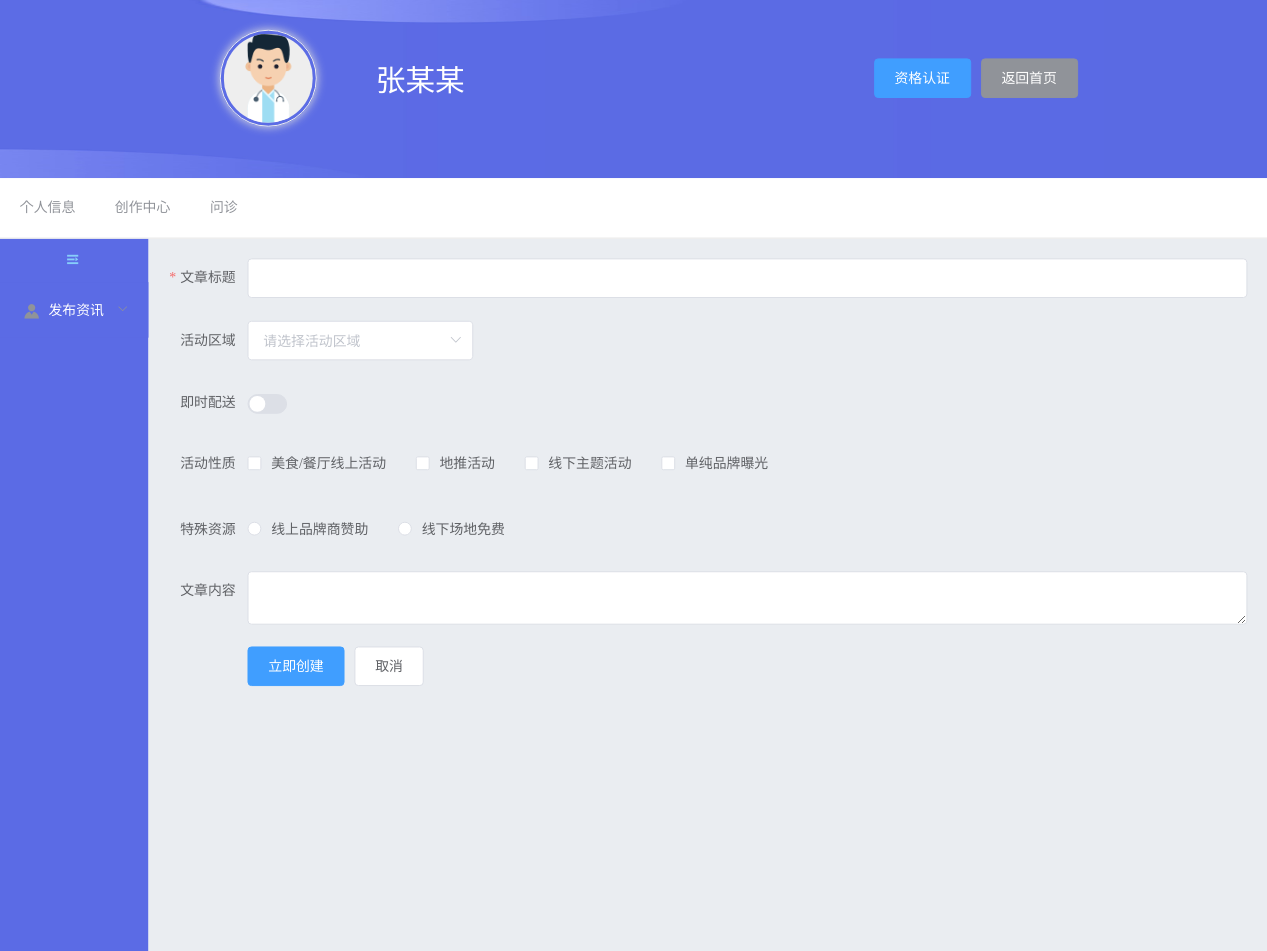
Repository: DiscreteL/SOA_Front
Page: /#/uploadArticle
An editor plug-in stored every save of this project. The page is shown before and after the next save, followed by the edit.
The browser window is 1280 px wide. The pictures show the whole page, at 99% of full size.
The project was rebuilt for these pictures with package versions that can differ from the ones it lists, and the page was loaded fresh each time. Also part of the build but not shown: vue.config.js, src/components/navigation.vue, src/components/dialog.vue, src/views/news.vue, src/components/announcement.vue, src/components/patientKnow.vue, src/views/Home.vue, src/views/login.vue and 15 more.

Above is the page before, as saved 2021-11-29 12:02:37.

### src/main.js
import Vue from 'vue'
import App from './App.vue'
import router from './router'
import store from './store'
import ElementUI from 'element-ui';
import 'element-ui/lib/theme-chalk/index.css';
import instance_ from "@/utils/api";

Vue.use(ElementUI);

Vue.config.productionTip = false

Vue.prototype.instance = instance_

new Vue({
  router,
  store,
  render: h => h(App)
}).$mount('#app')

router.beforeEach((to, from, next) => {
  /* 路由发生变化修改页面title */
  if (to.meta.title) {
      document.title = to.meta.title
  }
  next()
})

### src/App.vue
<template>
  <div id="app">
    <router-view/>
  </div>
</template>

<style lang="less" scoped>
</style>

<script>
export default {
  name: 'app'
}
</script>

### src/utils/api.js
//输出通用axios实例
import axios from 'axios';
axios.defaults.withCredentials = false

const instance = axios.create({
  timeout: 10000,
   headers: {
    'Content-Type': "multipart/form-data;charset=utf-8",
  }
});

export default {
  //GqvbYer04485869e6b5acbed4ed10dfd79468f6d84577b1

   diseaseList (data) {
     return instance.get("https://api.apishop.net/common/disease/queryDiseaseList?apiKey=GqvbYer04485869e6b5acbed4ed10dfd79468f6d84577b1&page=1&pageSize=50", data);
   },
   diseaseInfo(data){
    return instance.get("https://api.apishop.net/common/disease/queryDiseaseInfo?apiKey=GqvbYer04485869e6b5acbed4ed10dfd79468f6d84577b1&diseaseID="+data);
   }


//   allUser () {
//     return instance.post('/api/user');
//   },
//   allProduct () {
//    return instance.post('/api/product')
//   },
//   upload (data) {
//     return instance.post('/api/upload',data)
//   },
//   regist (data){
//   	return instance.post('/api/createOrUpdateUser',data)
//   }
};

### src/views/doctor/messageCenter.vue
<template>
  <div class="home_container">
    <UserHomeNav2></UserHomeNav2>
    <!--页面主体区-->
    <el-container>
      <!--侧边栏-->
      <el-aside :width="isCollapse ? '64px' : '150px'">
        <div class="toggle-button" @click="toggleCollapse">
          <div v-if="this.isCollapse == true">
            <i class="el-icon-s-fold"></i>
          </div>
          <div v-else>
            <i class="el-icon-s-unfold"></i>
          </div>
        </div>
        <el-menu
          background-color="#5b6be5"
          text-color="#fff"
          active-text-color="#409EFF"
          :collapse="isCollapse"
          :collapse-transition="false"
          :router="true"
          :default-active="activePath"
        >
          <!-- :unique-opened="true"->只允许展开一个菜单 -->
          <!-- :collapse-transition="false" -> 关闭动画 -->
          <!-- router -> 导航开启路由模式 -->
          <el-submenu index="1">
          <!-- 一级菜单模板 -->
          <template slot="title">
            <i class="el-icon-s-custom"></i>
            <span>发布资讯</span>
          </template>
            <el-menu-item index="/uploadArticle" @click="saveNavState('/uploadArticle')">
              <i class="el-icon-date" style="color: #dcdcdc"></i>
              <span slot="title">发布文章</span>
            </el-menu-item>
            <el-menu-item index="/uploadVideo" @click="saveNavState('/uploadVideo')">
              <i class="el-icon-date" style="color: #dcdcdc"></i>
            <span slot="title">上传视频</span>
            </el-menu-item>
          </el-submenu>

        </el-menu>
      </el-aside>
      <!--右侧主体区-->
      <el-main>
        <router-view></router-view>
      </el-main>
    </el-container>
  </div>
</template>

<script>
import UserHomeNav2 from "@/components/userhomenav2.vue";

export default {
  name: "messageCenter",
  components: {
    UserHomeNav2,
  },
  data() {
    return {
      // 默认不折叠
      isCollapse: false,
      // 被激活导航地址
      activePath: "",
    };
  },
  created() {
    this.activePath = window.sessionStorage.getItem("activePath");
  },
  methods: {
    toggleCollapse() {
      this.isCollapse = !this.isCollapse;
    },
    saveNavState(activePath) {
      window.sessionStorage.setItem("activePath", activePath);
      this.activePath = activePath;
    },
  },
};
</script>

<style lang="less" scoped>
html,
body {
  width: 100%;
  height: 100%;
  margin: 0px;
  padding: 0px;
}
.home_container{
    height: 100vh;
}
.el-container{
    height: 100%;
}
.el-aside {
  background-color: #5b6be5;
  .el-menu {
    border-right: none;
  }
}
.el-main {
  background-color: #eaedf1;
}
.toggle-button {
  background-color: #5b6be5;
  font-size: 15px;
  line-height: 24px;
  color: #87cefa;
  text-align: center;
  letter-spacing: 0.2em;
  cursor: pointer;
  padding: 10px;
}
.logo_box {
  height: 60px;
  width: 60px;
  border: 5px #53868b;
  border-radius: 50%; /* 圆角 */
  position: relative;
  margin: 30px;
}
.port_box img {
  width: 100%;
  height: 100%;
  border-radius: 50%; /* 圆角 */
  background-color: #53868b;
}
</style>

### src/views/doctor/message/uploadArticle.vue
<template>
<el-form ref="form" :model="form" label-width="80px">
  <el-form-item label="文章标题" required>
    <el-input v-model="form.name"></el-input>
  </el-form-item>
  <el-form-item label="活动区域">
    <el-select v-model="form.region" placeholder="请选择活动区域">
      <el-option label="区域一" value="shanghai"></el-option>
      <el-option label="区域二" value="beijing"></el-option>
    </el-select>
  </el-form-item>
  <el-form-item label="即时配送">
    <el-switch v-model="form.delivery"></el-switch>
  </el-form-item>
  <el-form-item label="活动性质">
    <el-checkbox-group v-model="form.type">
      <el-checkbox label="美食/餐厅线上活动" name="type"></el-checkbox>
      <el-checkbox label="地推活动" name="type"></el-checkbox>
      <el-checkbox label="线下主题活动" name="type"></el-checkbox>
      <el-checkbox label="单纯品牌曝光" name="type"></el-checkbox>
    </el-checkbox-group>
  </el-form-item>
  <el-form-item label="特殊资源">
    <el-radio-group v-model="form.resource">
      <el-radio label="线上品牌商赞助"></el-radio>
      <el-radio label="线下场地免费"></el-radio>
    </el-radio-group>
  </el-form-item>
  <el-form-item label="文章内容">
    <el-input type="textarea" v-model="form.desc"></el-input>
  </el-form-item>
  <el-form-item>
    <el-button type="primary" @click="onSubmit">立即创建</el-button>
    <el-button>取消</el-button>
  </el-form-item>
</el-form>
</template>

<script>
  export default {
    data() {
      return {
        form: {
          name: '',
          region: '',
          date1: '',
          date2: '',
          delivery: false,
          type: [],
          resource: '',
          desc: ''
        }
      }
    },
    methods: {
      onSubmit() {
        console.log('submit!');
      }
    }
  }
</script>

### src/service/userService.js
import url from '../axios/url';
import request from '../axios/request';

export function getDocDataFun(params) {
    return request.get(url.patient.getDocListData, params);
  }

export function getDocOptionFun(params) {
    return request.get(url.patient.getDocOptionData, params);
  }

export function getDrugFun(params){
  return request.get(url.patient.getDrugData,params);
}

export function getHosFun(params){
  return request.get(url.patient.getHosData,params);
}

export function getNoticeFun(params){
  return request.get(url.patient.getNoticeData,params);
}

export function getDiseaseFun(params){
  return request.get(url.patient.getDiseaseData,params);
}

export function postReservationFun(params){
  return request.post(url.patient.postReservationData,params);
}

export function loginPFun(params){
  return request.get(url.patient.patientLogin,params);
}

export function loginDFun(params){
  return request.get(url.patient.doctorLogin,params);
}

export function registerPFun(params){
  return request.post(url.patient.patientRegister,params);
}

export function registerDFun(params){
  return request.post(url.patient.doctorRegister,params);
}

export function sendAcidFormFun(params){
  return request.post(url.patient.sendAcidForm, params)
}

export function sendOfflineReFun(params){
  return request.post(url.patient.sendOffineReservation, params)
}

export function sendChatMesFun(params){
  return request.post(url.alluser.sendChatMes, params)
}

export function getChatMesFun(params){
  return request.get(url.alluser.getChatMes, params)
}

export function getCartFun(params){
  return request.get(url.patient.getCart, params)
}

export function clearCartFun(params){
  return request.post(url.patient.clearCart, params)
}

export function addCartFun(params){
  return request.post(url.patient.addCart, params)
}

export function getPatientInfoDataFun(params){
  return request.get(url.doctor.getPatientInfoData,params);
}
export function postPreDataFun(params){
  return request.post(url.doctor.postPreData,params);
}

export function postMedicineIncludedDataFun(params){
  return request.post(url.doctor.postMedicineIncludedData,params);
}

export function postReportDataFun(params){
  return request.post(url.doctor.postReportData,params);
}

export function getDocInfoData(params){
  return request.get(url.patient.getDocInfoData,params);
}

export function getDrugsIncludedListDataFun(params){
  return request.get(url.patient.getDrugsIncludedListData,params);
}

export function postRateDataFun(params){
  return request.post(url.patient.postRateData,params);
}

export function getPreDataFun(params){
  return request.get(url.patient.getPreData,params);
}

export function getDiseaseListDataFun(params){
  return request.get(url.patient.getDiseaseListData,params);
}

export function getDepartmentListDataFun(params){
  return request.get(url.patient.getDepartmentListData,params);
}

export function getPatientInfoFun(params){
  return request.get(url.patient.getPatientInfo,params);
}

export function postAutoAddDataFun(params){
  return request.post(url.patient.postAutoAddData,params);
}

export function getDrugListDataFun(params){
  return request.get(url.patient.getDrugListData,params);
}

export function getNATFun(params){
  return request.get(url.patient.getNAT,params);
}
export function getReportListDataFun(params){
  return request.get(url.admin.getReportListData,params);
}
export function getNoticeListDataFun(params){
  return request.get(url.admin.getNoticeListData,params);
}
export function postNoticeDataFun(params){
  return request.post(url.admin.postNoticeData,params);
}

export function getDocFun(params){
  return request.get(url.patient.getDoctorData,params)
}

export function getRecordsFun(params){
  return request.get(url.patient.getRecordsData,params)
}

export function getCompletedRecordsFun(params){
  return request.get(url.patient.getCompletedRecordsData,params)
}

export function updateReservationFun(params){
  return request.post(url.patient.updateReservationData,params)
}

export function postNoticeFun(params){
  return request.post(url.patient.postNoticeData,params)
}

export function deleteNoticeFun(params){
  return request.post(url.patient.deleteNotice,params)
}

export function getPatiBMIFun(params){
  return request.get(url.patient.getPatiBMI,params)
}

export function getPaiInoFun(params){
  return request.get(url.patient.getPaiIno,params)
}

export function getOfflineAppFun(params){
  return request.get(url.patient.getOfflineApp,params)
}

export function getReservationsFun(params){
  return request.get(url.patient.getReservations,params)
}

export function postPaiInoFun(params){
  return request.post(url.patient.postPaiIno,params)
}

export function RectifyOfflineAppFun(params){
  return request.post(url.patient.postRectifyOfflineApp,params)
}

export function RectifyNucleicAppFun(params){
  return request.post(url.patient.postRectifyNucleicApp,params)
}

export function getDocInoFun(params){
  return request.get(url.doctor.getDocIno,params)
}

export function getHospitalFun(params){
  return request.get(url.patient.getHospital,params)
}

### src/components/userhomenav2.vue
<template>
  <div class="container">
    <div class="head">
      <div class="background">
        <img src="@/assets/back.jpg" alt="" width="100%" height="100%" />
      </div>
      <div class="headmain">
        <div class="left">
          <!-- 头像部分 -->
          <div class="port_box">
            <img src="../assets/docPort.png" />
          </div>

          <!-- 个人信息部分 -->
          <div
            class="Info"
            style="color: white; font-size: 30px; font-family: 宋体"
          >
            {{ userName }}<br />
          </div>
        </div>
        <div>
            <el-button type="primary" @click="certify">资格认证</el-button>
          <el-button type="info" @click="returnhome">返回首页</el-button>
        </div>
      </div>
    </div>
    <div class="navBar">
      <el-menu
        :default-active="this.$route.path"
        class="el-menu-demo"
        router
        mode="horizontal"
        active-text-color="#409EFF"
      >
        <el-menu-item v-for="(item, i) in navList" :key="i" :index="item.name">
          {{ item.navItem }}
        </el-menu-item>
      </el-menu>
    </div>
    <div></div>
  </div>
</template>

<script>
export default {
  name: "UserHomeNav2",
  data() {
    return {
      //   userID: window.sessionStorage.getItem("id"),
      userName: "张某某",
      navList: [
        { name: "/userHome2", navItem: "个人信息" },
        { name: "/messageCenter", navItem: "创作中心" },
        { name: "/consult", navItem: "问诊" },
        // { name: "/help", navItem: "帮助中心" },
      ],
    };
  },
  methods: {
    returnhome(){
      this.$router.push("/home");
    },
    certify(){

    }
  },
};
</script>

<style scoped>
.head {
  height: 180px;
  width: 100%;
}
.background {
  width: 100%;
  height: 180px;
  z-index: -1;
  position: absolute;
}
.headmain {
  display: flex;
  justify-content: space-around;
  align-items: center;

}
.left {
  display: flex;
  align-items: center;
}
.port_box {
  height: 90px;
  width: 90px;
  border: 1px solid #eee;
  border-radius: 50%; /* 圆角 */
  padding: 3px; /*图片和边框之间的间距 */
  box-shadow: 0 0 10px #ddd; /*阴影 */
  position: relative;
  margin: 30px;
}
.port_box img {
  width: 100%;
  height: 100%;
  border-radius: 50%; /* 圆角 */
  background-color: #eee;
}

.Info {
  text-align: left;
  font: 15px "Microsoft YaHei";
  margin: 30px;
  position: relative;
}
</style>

### src/axios/url.js
import patient from './modules/patient';
import alluser from './modules/alluser';
import doctor from './modules/doctor';
import admin from './modules/admin';
export default {
    patient,
    alluser,
    doctor,
    admin,
};

### src/axios/request.js
import axios from './axios';
export default {
  // get请求
  get(url, param) {
    return new Promise((resolve, reject) => {
      axios({
        method: 'get',
        url,
        params: param
      })
        .then((res = {}) => {
          if (res.code !== '200') reject(res);
          resolve(res);
        })
        .catch(_ => {
          reject(_)});
    });
  },
  // post请求
  post(url, param) {
    return new Promise((resolve, reject) => {
      axios({
        method: 'post',
        url,
        data: param,
      })
        .then((res = {}) => {
          if (res.code !== '200') reject(res);
          resolve(res);
        })
        .catch(_ => reject(_));
    });
  },
};

### src/axios/modules/patient.js
export default {
    getDocListData:'/Patient/GetDoctorList',
    getDrugData:'/Patient/GetDrugInforList',
    getHosData:'/Patient/GetHospitalList',
    getNoticeData:'/Patient/GetNoticeList',
    getDiseaseData:'/Patient/GetDiseaseList',
    patientLogin:'/Patient/Login',
    doctorLogin:'/Doctor/Login',
    patientRegister:'/Patient/Register',
    doctorRegister:'/Doctor/Register',
    postReservationData:'/Patient/PostReservation',
    sendAcidForm:'/Patient/PostAppOfNuc',
    sendOffineReservation:'/Patient/PostOfflineApp',
    getCart:'/Patient/GetCart',
    clearCart:'/Patient/EmptyCart',
    addCart:'/Patient/AddDrug',
    getDocInfoData:'/Patient/GetDoctor',
    getDrugsIncludedListData:'/Patient/GetIncludeList',
    postRateData:'/Patient/PostRating',
    getPreData:'/Patient/GetPre',
    getDiseaseListData:'/Patient/GetDiseaseList',//存在重复
    getDepartmentListData:'/Patient/GetDepartmentList',//存在重复
    getPatientInfo:'/Patient/GetPatiInfor',
    postAutoAddData:'/Patient/AutoAddDrug',
    getDrugListData:'/Patient/GetDrugInforList',//存在重复
    getLocalImg:'/Patient/GetImg',
    getNAT:'/Patient/GetAppsOfNuc',
    postNoticeData:'/Admin/PostNotice',
    deleteNotice:'/Admin/DeleteNotice',
    getPaiIno:'/Patient/GetPatient',
    getOfflineApp:'/Patient/GetOfflineAppList',
    getReservations:'/Patient/GetReservations',
    getPatiBMI:'/Patient/GetPatiInfor',
    getHospital:'/Patient/GetHospital',
    getPreData:'/Patient/GetPre',
    postPaiIno:'/Patient/ModInfor',
    postUpdateReservation:'Patient/UpdateReservation',
    postRectifyOfflineApp:'/Patient/RectifyOfflineApp',
    postRectifyNucleicApp:'/Patient/RectifyNucleicApp',
    updateReservationData:'/Patient/UpdateReservation',
    getDoctorData:'/Doctor/GetDoctor',
    getRecordsData:'/Doctor/GetReservationLists',
    getCompletedRecordsData:'/Doctor/GetRecords'
  };

### src/axios/modules/alluser.js
export default{
    sendChatMes:'/Base/PostChat',
    getChatMes:'/Base/GetChat'
};

### src/axios/modules/doctor.js
export default {
    getPatientInfoData:'/Doctor/GetPatient',
    postPreData:'/Doctor/PostPre',
    postMedicineIncludedData:'/Doctor/PostInclude',
    postReportData:'/Doctor/PostReport',
    getDocIno:'/Doctor/GetDoctor',
};

### src/axios/modules/admin.js
export default {
    getReportListData:'/Admin/GetReportForms',
    getNoticeListData:'/Admin/GetNoticeList',
    postNoticeData:'/Admin/PostNotice'
}

### src/axios/axios.js
import axios from 'axios';
import router from '../router';
import Vue from 'vue';
import qs from 'qs';
//import store from '../store/index';

//import Storage from '../utils/storages';


// 错误状态码处理提示
class MessageTip extends Vue {
  static messageTipInstance = null;
  messageTip = null;

  static instance() {
    if (!this.messageTipInstance) {
      this.messageTipInstance = new MessageTip();
    }
    this.messageTipInstance;
  }

  // 提示信息
  msgInfo(msg) {
    this.messageTip && this.messageTip.close();
    this.messageTip = this.$message({
      showClose: true,
      message: msg,
      type: 'error',
      center: true
    });
  }

  // 错误信息
  errorInfo(errorCode) {
    this.messageTip && this.messageTip.close();
    let msg = '';
    switch (errorCode) {
      case '400':
        msg = '请求错误';
        break;
      case '401':
        msg = '登录会话过期，请重新登录';
        break;
      case '403':
        msg = '拒绝访问';
        break;
      case '404':
        msg = '请求地址出错';
        break;
      case '408':
        msg = '请求超时';
        break;
      case '500':
        msg = '服务器内部错误';
        break;
      case '501':
        msg = '服务器未实现';
        break;
      case '502':
        msg = '网络错误';
        break;
      case '503':
        msg = '服务不可用';
        break;
      case '504':
        msg = '网关超时';
        break;
      case '505':
        msg = 'HTTP版本不受支持';
        break;
    }
    this.messageTip = this.$message({
      showClose: true,
      message: msg,
      type: 'error',
      center: true
    });
  }
}

const messageTip = new MessageTip();

axios.defaults.headers.post['Content-Type'] = 'application/json';

axios.defaults.withCredentials = true;
axios.defaults.baseURL = '/api';
axios.defaults.timeout = 5000;
// 请求拦截器
axios.interceptors.request.use(
  config => {
    if(config.method === 'post') {
      config.data = qs.stringify(config.data)
      config.url += '?' + config.data
    }
    else {
      config.params = qs.stringify(config.params)
      config.url += '?' + config.params
    }
    //config.headers.token = localStorage.getItem('$token_info');
    return config;
  },
  error => {
    return Promise.reject(error);
  }
);

// 响应拦截器
axios.interceptors.response.use(
  response => {
    response.data = {
      result:response.data,
      code:`${response.status}`
    }
    if (response && response.data && response.data.code !== '200') {
      response.data.msg && messageTip.msgInfo(response.data.msg);
      console.log(response)
      return Promise.reject(response.data);
    }
    return response.data;
  },
  error => {
    console.log(error)
    console.log(error.response)
    if (
      error &&
      error.response &&
      error.response.status &&
      messageTip.errorInfo(error.response.status)
    ) {
      return Promise.reject(error);
    }
  }
);
export default axios;

Loaded but not shown: public/index.html (common file); src/store/index.js (common file); src/router/index.js (225 lines, source omitted)

After the next save:
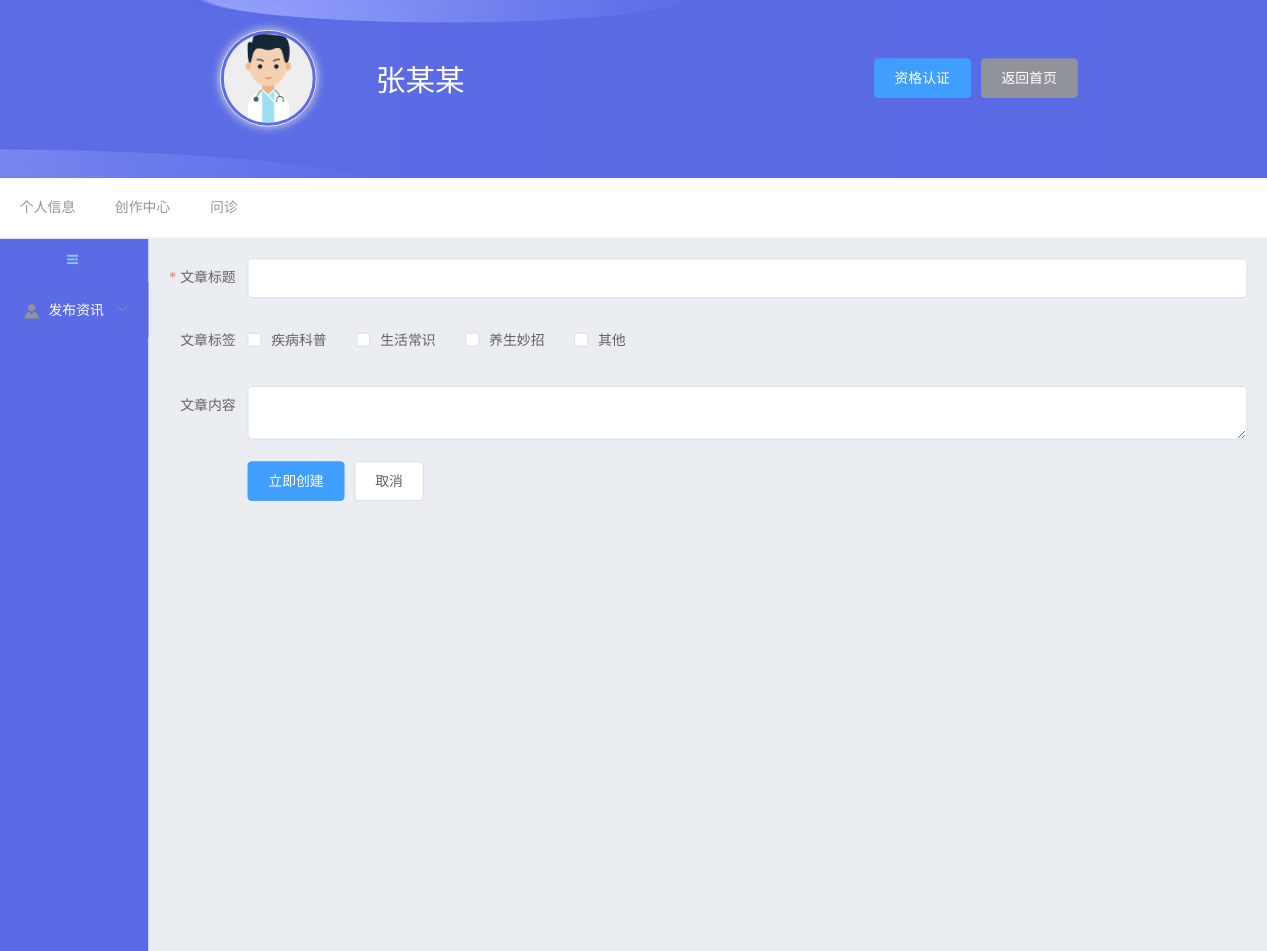
Saved 2 min 23 s later.
--- a/src/views/doctor/message/uploadArticle.vue
+++ b/src/views/doctor/message/uploadArticle.vue
@@ -3,28 +3,13 @@
   <el-form-item label="文章标题" required>
     <el-input v-model="form.name"></el-input>
   </el-form-item>
-  <el-form-item label="活动区域">
-    <el-select v-model="form.region" placeholder="请选择活动区域">
-      <el-option label="区域一" value="shanghai"></el-option>
-      <el-option label="区域二" value="beijing"></el-option>
-    </el-select>
-  </el-form-item>
-  <el-form-item label="即时配送">
-    <el-switch v-model="form.delivery"></el-switch>
-  </el-form-item>
-  <el-form-item label="活动性质">
+  <el-form-item label="文章标签">
     <el-checkbox-group v-model="form.type">
-      <el-checkbox label="美食/餐厅线上活动" name="type"></el-checkbox>
-      <el-checkbox label="地推活动" name="type"></el-checkbox>
-      <el-checkbox label="线下主题活动" name="type"></el-checkbox>
-      <el-checkbox label="单纯品牌曝光" name="type"></el-checkbox>
+      <el-checkbox label="疾病科普" name="type"></el-checkbox>
+      <el-checkbox label="生活常识" name="type"></el-checkbox>
+      <el-checkbox label="养生妙招" name="type"></el-checkbox>
+      <el-checkbox label="其他" name="type"></el-checkbox>
     </el-checkbox-group>
-  </el-form-item>
-  <el-form-item label="特殊资源">
-    <el-radio-group v-model="form.resource">
-      <el-radio label="线上品牌商赞助"></el-radio>
-      <el-radio label="线下场地免费"></el-radio>
-    </el-radio-group>
   </el-form-item>
   <el-form-item label="文章内容">
     <el-input type="textarea" v-model="form.desc"></el-input>
